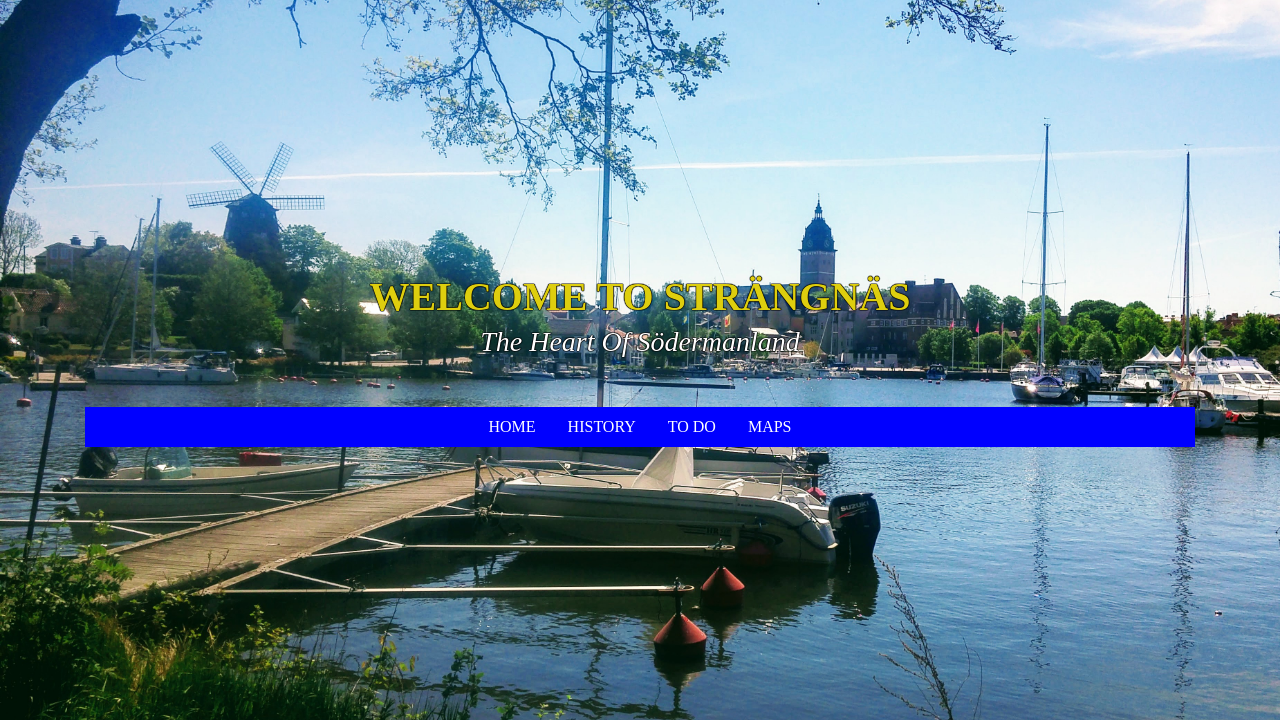
Repository: kososwede/first-project
Page: index.html
The author's editor kept a record of every edit. The page is drawn from the files as they stood at one moment, then again after the next edit.
The browser window is 1280 px wide. The pictures show the whole page.
Some web fonts or font styles are not loaded; a fallback is used.

Above is the page before.

### index.html
<!DOCTYPE html>
<html lang="en">

<head>
  <meta charset="UTF-8">
  <meta name="viewport" content="width=device-width, initial-scale=1.0">
  <meta http-equiv="X-UA-Compatible" content="ie=edge">
  <link rel="stylesheet" href="https://stackpath.bootstrapcdn.com/bootstrap/4.3.1/css/bootstrap.min.css" type="text/css" />
  <link rel="stylesheet" href="https://stackpath.bootstrapcdn.com/font-awesome/4.7.0/css/font-awesome.min.css" type="text/css" />
  <link rel="stylesheet" href="https://cdnjs.cloudflare.com/ajax/libs/hover.css/2.3.1/css/hover-min.css" integrity="sha256-c+C87jupO1otD1I5uyxV68WmSLCqtIoNlcHLXtzLCT0=" crossorigin="anonymous" />
  <link rel="stylesheet" href="assets/css/style.css" type="text/css" />
  <title>Welcome To Strängnäs</title>
</head>

<body>
  <!----------------header----------------->


  <header class="masthead d-flex">
    <div class="container text-center my-auto">



     <h1 class="mb-1">WELCOME TO STRÄNGNÄS</h1>
      <h3 class="mb-5">
        <em>The Heart Of Södermanland</em>
      </h3>
<ul class="nav justify-content-center">
  <li class="nav-item">
    <a class="nav-link" href="index.html">HOME</a>
  </li>
  <li class="nav-item">
    <a class="nav-link" href="history.html">HISTORY</a>
  </li>
  <li class="nav-item">
    <a class="nav-link" href="places.html">TO DO</a>
  </li>
  <li class="nav-item">
    <a class="nav-link" href="#"">MAPS</a>
  </li>
</ul>


  </header>



</body>



</html>

### assets/css/style.css
@import url('https://fonts.googleapis.com/css?family=Sniglet&display=swap');
@import url('https://fonts.googleapis.com/css?family=Courgette&display=swap');
body,
html {
 width: 100%;
 height: 100%;
 overflow-x: hidden;
 overflow-y: hidden;

}

body {
 font-family: 'Source Sans Pro';
}



/*------------------------------HEADER*/

.masthead {
 min-height: 30rem;
 position: relative;
 display: table;
 width: 100%;
 height: 100%;
 padding-top: 0rem;
 padding-bottom: 0rem;
 background: -webkit-gradient(linear, left top, right top, from(rgba(255, 255, 255, 0.1)), to(rgba(255, 255, 255, 0.1))), url("../images/viewofstrangnas.jpg");
 background: linear-gradient(90deg, rgba(255, 255, 255, 0.1) 0%, rgba(255, 255, 255, 0.1) 100%), url("../images/viewofstrangnas.jpg");
 background-image: url(../images/viewofstrangnas.jpg);
 background-position: center center;
 background-repeat: no-repeat;
 background-size: cover;

}

h1 {
 font-weight: bolder;
 color: #dece0e;
 text-shadow: #000 0px 0px 1px, #000 0px 0px 1px, #000 0px 0px 1px,
 #000 0px 0px 1px, #000 0px 0px 1px, #000 0px 0px 1px;
}

h3 {
 color: #fff;
 text-shadow: #000 0px 0px 1px,   #000 0px 0px 1px,   #000 0px 0px 1px,
 #000 0px 0px 1px,   #000 0px 0px 1px,   #000 0px 0px 1px;
}

.justify-content-center{
 background-color: blue;

}
.nav-link {
 color: #fff;
}






/*------------------------------HEADER*/

/*------------------------------HEADER*/

/*------------------------------HEADER*/

/*------------------------------HEADER*/

/*------------------------------HEADER*/

After the next edit:
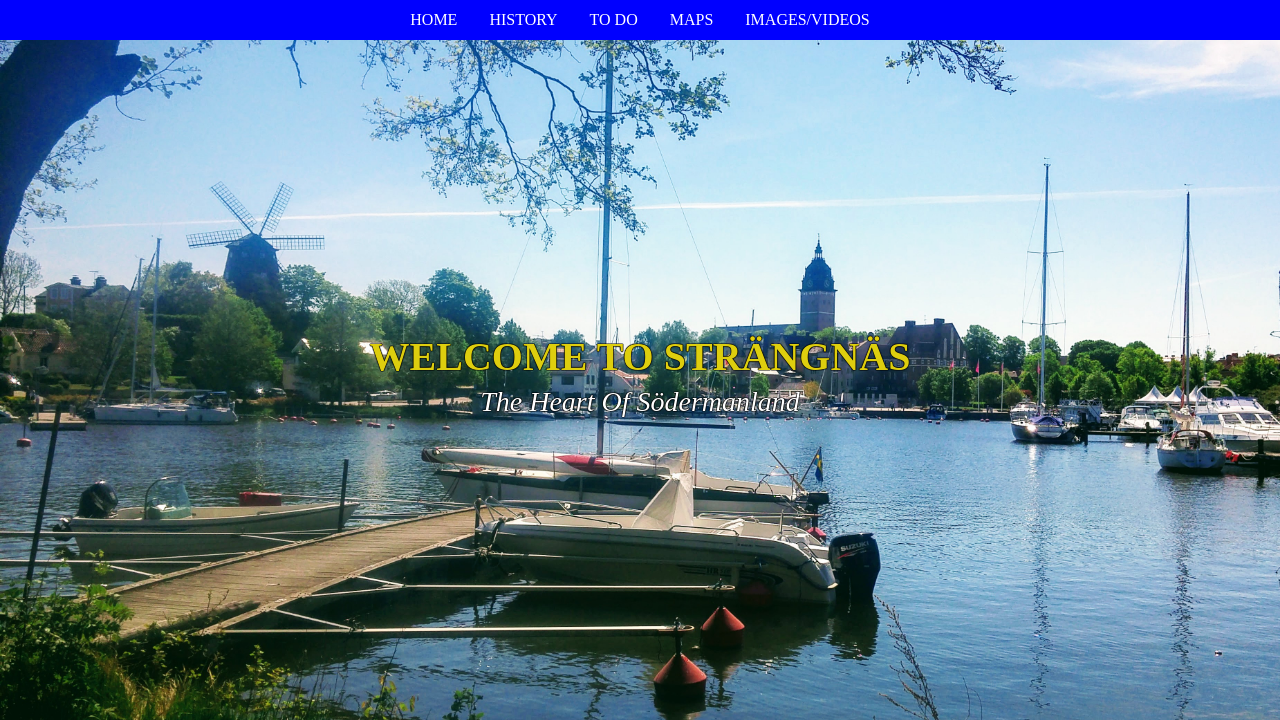
The edit:
--- a/index.html
+++ b/index.html
@@ -15,17 +15,7 @@
 <body>
   <!----------------header----------------->
 
-
-  <header class="masthead d-flex">
-    <div class="container text-center my-auto">
-
-
-
-     <h1 class="mb-1">WELCOME TO STRÄNGNÄS</h1>
-      <h3 class="mb-5">
-        <em>The Heart Of Södermanland</em>
-      </h3>
-<ul class="nav justify-content-center">
+ <ul class="nav justify-content-center">
   <li class="nav-item">
     <a class="nav-link" href="index.html">HOME</a>
   </li>
@@ -36,9 +26,23 @@
     <a class="nav-link" href="places.html">TO DO</a>
   </li>
   <li class="nav-item">
-    <a class="nav-link" href="#"">MAPS</a>
+    <a class="nav-link" href="maps.html">MAPS</a>
+  </li>
+    <li class="nav-item">
+    <a class="nav-link" href="images+videos.html">IMAGES/VIDEOS</a>
   </li>
 </ul>
+  <header class="masthead d-flex">
+
+    <div class="container text-center my-auto">
+
+
+
+     <h1 class="mb-1">WELCOME TO STRÄNGNÄS</h1>
+      <h3 class="mb-5">
+        <em>The Heart Of Södermanland</em>
+      </h3>
+
 
 
   </header>
